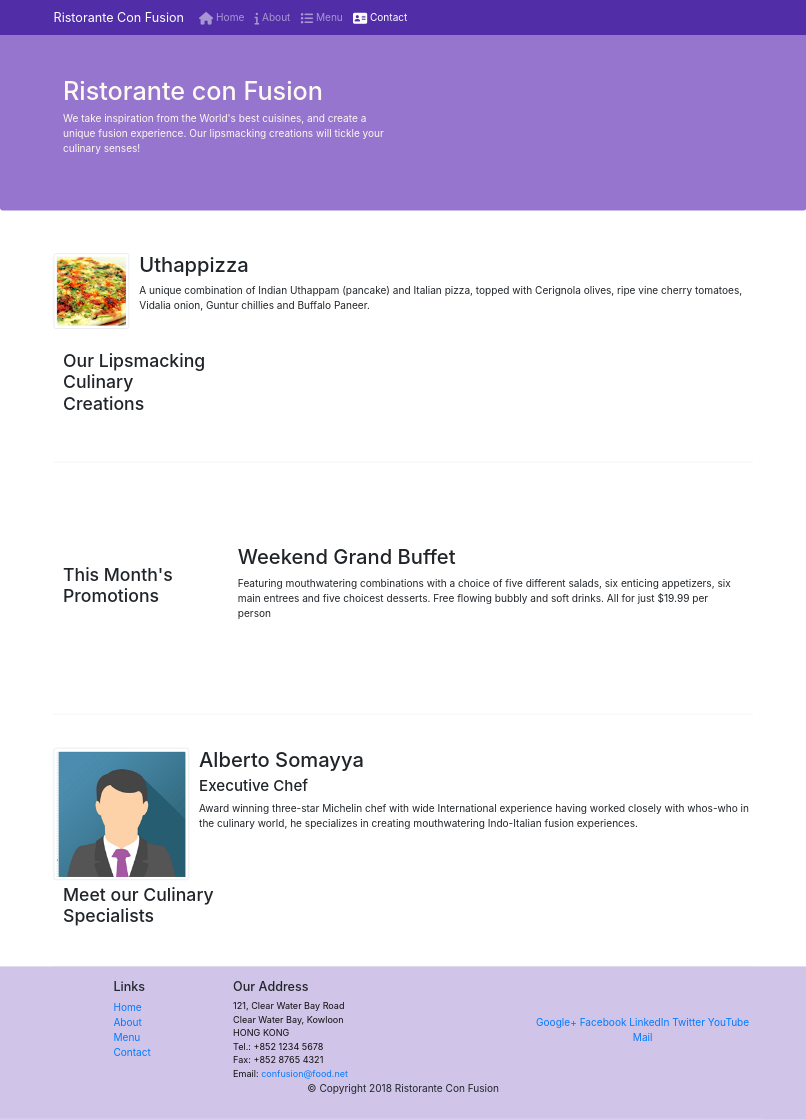
Repository: HwZau/conFusion
Page: index.html
The author's editor kept a copy of each file at every save. The page is drawn from the files as they stood at one save, then again after a run of saves.
The browser window is 1280 px wide. The pictures show the whole page, at 63% of full size.
Some web libraries are served in a nearby version.

Above is the page before, as saved 2022-05-26 10:38:54.

### index.html
<!DOCTYPE html>
<html lang="en">

<head>
  <meta charset="utf-8" />
  <meta name="viewport" content="width=device-width, initial-scale=1, shrink-to-fit=no" />
  <meta http-equiv="x-ua-compatible" content="ie=edge" />
  <title>Ristorante Con Fusion</title>
  <link rel="stylesheet" href="node_modules/bootstrap/dist/css/bootstrap.min.css" />
  <link rel="stylesheet" href="css/style.css" />
</head>

<body>
  <nav class="navbar navbar-dark navbar-expand-sm fixed-top">
    <div class="container">
      <button class="navbar-toggler" type="button" data-toggle="collapse" data-target="#Navbar">
        <span class="navbar-toggler-icon"></span>
      </button>
      <a class="navbar-brand" href="#">Ristorante Con Fusion</a>
      <div class="collapse navbar-collapse" id="Navbar">
        <ul class="navbar-nav mr-auto">
          <li class="nav-item">
            <a class="nav-link" href="./index.html"><span class="fa fa-home fa-lg"></span> Home</a>
          </li>
          <li class="nav-item">
            <a class="nav-link" href="./aboutus.html"><span class="fa fa-info fa-lg"></span> About</a>
          </li>
          <li class="nav-item">
            <a class="nav-link" href="#"><span class="fa fa-list fa-lg"></span> Menu</a>
          </li>
          <li class="nav-item active">
            <a class="nav-link" href="#"><span class="fa fa-address-card fa-lg"></span> Contact</a>
          </li>
        </ul>
      </div>
    </div>
  </nav>

  <header class="jumbotron">
    <div class="container">
      <div class="row row-header">
        <div class="col-12 col-sm-6">
          <h1>Ristorante con Fusion</h1>
          <p>
            We take inspiration from the World's best cuisines, and create a
            unique fusion experience. Our lipsmacking creations will tickle
            your culinary senses!
          </p>
        </div>
        <div class="col-12 col-sm"></div>
      </div>
    </div>
  </header>
  <div class="container">

    <div class="row row-content align-items-center">
      <div class="media">
        <img src="img/uthappizza.png" alt="Ubhappizza" class="d-flex mr-3 img-thumbnail align-self-center">
        <div class="meadia-body">
          <h2>Uthappizza</h2>
          <p>
            A unique combination of Indian Uthappam (pancake) and Italian pizza,
            topped with Cerignola olives, ripe vine cherry tomatoes, Vidalia
            onion, Guntur chillies and Buffalo Paneer.
          </p>
        </div>
      </div>

      <div class="col-12 col-sm-4 col-md-3">
        <h3>Our Lipsmacking Culinary Creations</h3>
      </div>
    </div>

    <div class="row row-content align-items-center">
      <div class="col-12 col-sm-4 col-md-3">
        <h3>This Month's Promotions</h3>
      </div>
      <div class="col col-sm col-md">
        <h2>Weekend Grand Buffet</h2>
        <p>
          Featuring mouthwatering combinations with a choice of five different
          salads, six enticing appetizers, six main entrees and five choicest
          desserts. Free flowing bubbly and soft drinks. All for just $19.99
          per person
        </p>
      </div>
    </div>

    <div class="row row-content align-items-center">
      <div class="media">
        <img src="img/alberto.png" alt="Alberto Somayya" class="d-flex mr-3 img-thumbnail align-self-center">
        <div class="media-body">
          <h2>Alberto Somayya</h2>
          <h4>Executive Chef</h4>
          <p>
            Award winning three-star Michelin chef with wide International
            experience having worked closely with whos-who in the culinary
            world, he specializes in creating mouthwatering Indo-Italian fusion
            experiences.
          </p>
        </div>
      </div>

      <div class="col-12 col-sm-4 col-md-3">
        <h3>Meet our Culinary Specialists</h3>
      </div>
    </div>
  </div>

  <footer class="footer">
    <div class="container">
      <div class="row">
        <div class="col-4 offset-1 col-sm-2">
          <h5>Links</h5>
          <ul class="list-unstyled">
            <li><a href="#">Home</a></li>
            <li><a href="#">About</a></li>
            <li><a href="#">Menu</a></li>
            <li><a href="#">Contact</a></li>
          </ul>
        </div>
        <div class="col-7 col-sm-5">
          <h5>Our Address</h5>
          <address>
            121, Clear Water Bay Road<br />
            Clear Water Bay, Kowloon<br />
            HONG KONG<br />
            Tel.: +852 1234 5678<br />
            Fax: +852 8765 4321<br />
            Email: <a href="mailto:confusion@food.net">confusion@food.net</a>
          </address>
        </div>
        <div class="col-12 col-sm-4 align-self-center">
          <div class="text-center">
            <a href="http://google.com/+">Google+</a>
            <a href="http://www.facebook.com/profile.php?id=">Facebook</a>
            <a href="http://www.linkedin.com/in/">LinkedIn</a>
            <a href="http://twitter.com/">Twitter</a>
            <a href="http://youtube.com/">YouTube</a>
            <a href="mailto:">Mail</a>
          </div>
        </div>
      </div>
      <div class="row justify-content-center">
        <div class="col-auto">
          <p>© Copyright 2018 Ristorante Con Fusion</p>
        </div>
      </div>
    </div>
  </footer>

  <script src="node_modules/jquery/dist/jquery.slim.min.js"></script>
  <script src="node_modules/popper.js/dist/umd/popper.min.js"></script>
  <script src="node_modules/bootstrap/dist/js/bootstrap.min.js"></script>
  <script src="https://kit.fontawesome.com/f2fda88f12.js" crossorigin="anonymous"></script>
</body>

</html>

### css/style.css
body{
	padding: 50px 0px 0px 0px ;
	z-index: 0;
}
.navbar-dark{
	background-color: #512DA8;
}
.row-header {
	margin: 0px auto;
	padding: 0px auto;
}

.row-content {
	margin: 0 auto;
	padding: 50px 0px 50px 0px;
	border-bottom: 1px ridge;
	min-height: 400px;
}

.footer {
	background-color: #D1C4E9;
	margin: 0px auto;
	padding: 20px 0px 20px 0px;
}

.jumbotron {
	padding: 70px 30px 70px 30px;
	margin: 0px auto;
	background: #9575CD;
	color: floralwhite;
}

address {
	font-size: 90%;
	margin: 0px;
	color:#0f0f0f;
}

Loaded but not shown: node_modules/bootstrap/dist/css/bootstrap.min.css (library); node_modules/jquery/dist/jquery.slim.min.js (library); node_modules/popper.js/dist/umd/popper.min.js (library); node_modules/bootstrap/dist/js/bootstrap.min.js (library); node_modules/font-awesome/css/font-awesome.min.css (library); node_modules/bootstrap-social/bootstrap-social.css (library)

After the next 5 saves:
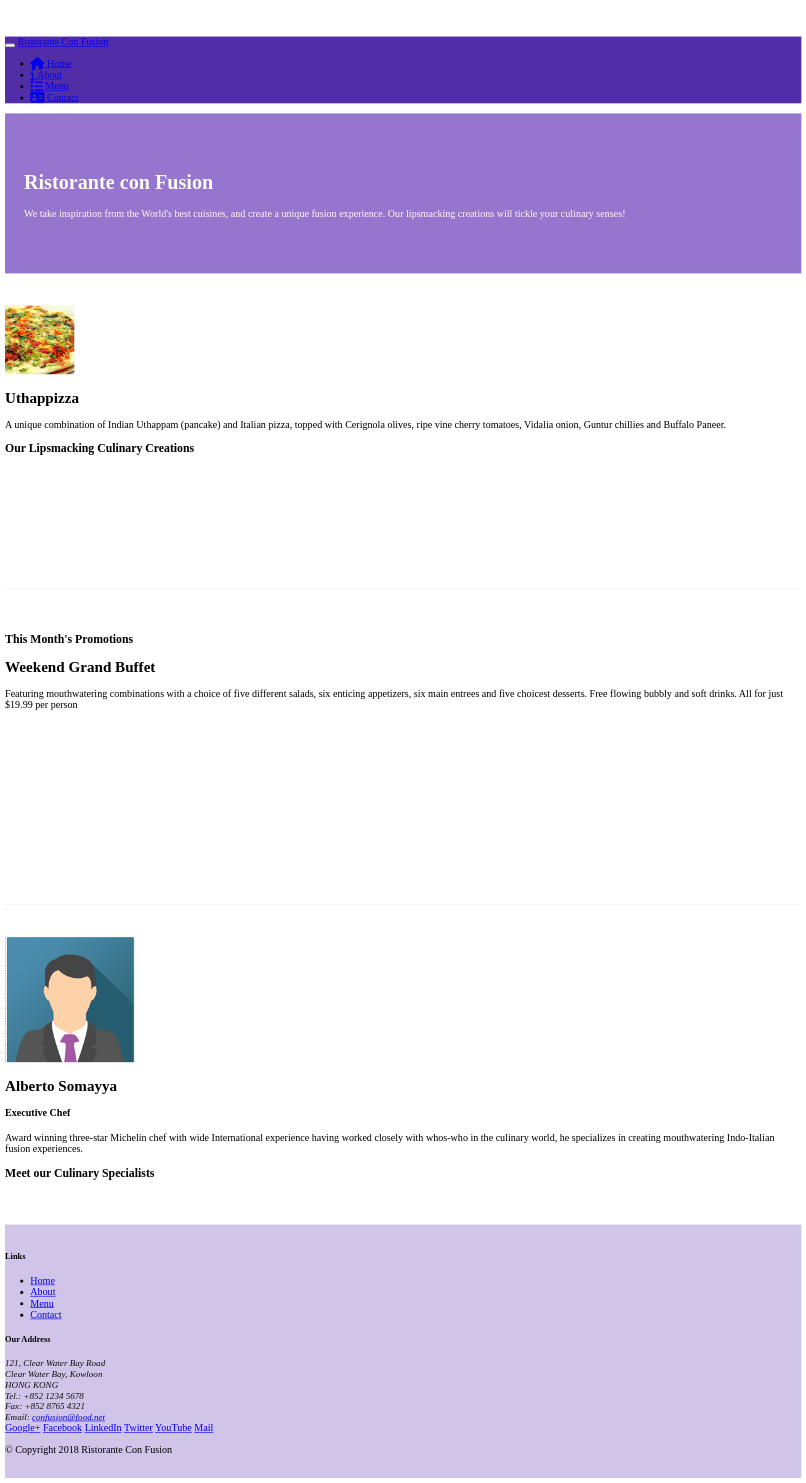
The 5 saves are shown as one change because they came seconds apart.
The last was saved 67 s later.
--- a/index.html
+++ b/index.html
@@ -6,7 +6,7 @@
   <meta name="viewport" content="width=device-width, initial-scale=1, shrink-to-fit=no" />
   <meta http-equiv="x-ua-compatible" content="ie=edge" />
   <title>Ristorante Con Fusion</title>
-  <link rel="stylesheet" href="node_modules/bootstrap/dist/css/bootstrap.min.css" />
+
   <link rel="stylesheet" href="css/style.css" />
 </head>
 

After the save that followed:
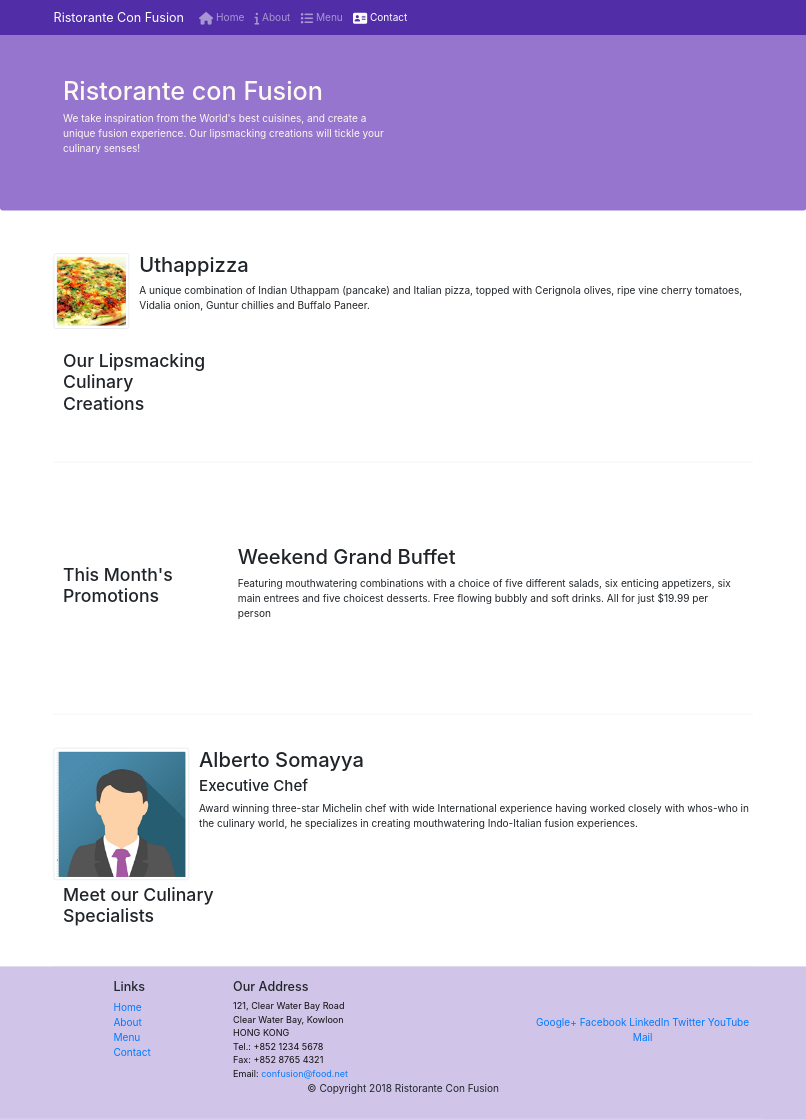
Saved 16 s later.
--- a/index.html
+++ b/index.html
@@ -7,6 +7,10 @@
   <meta http-equiv="x-ua-compatible" content="ie=edge" />
   <title>Ristorante Con Fusion</title>
 
+  <!-- Bootstrap CSS -->
+  <link rel="stylesheet" href="node_modules/bootstrap/dist/css/bootstrap.min.css" />
+  <link rel="stylesheet" href="node_modules/font-awesome/css/font-awesome.min.css" />
+  <link rel="stylesheet" href="node_modules/bootstrap-social/bootstrap-social.css" />
   <link rel="stylesheet" href="css/style.css" />
 </head>
 
